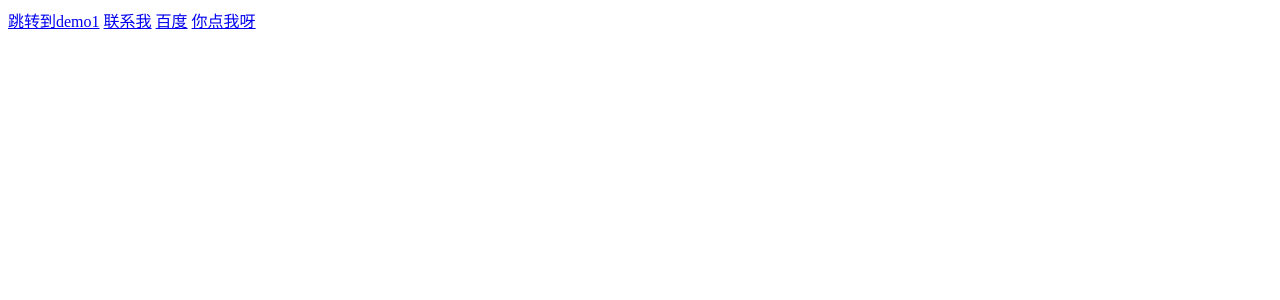
Repository: 1325718308/-
Page: js-demo/demo9.html
An editor plug-in stored every save of this project. The page is shown before and after the next save, followed by the edit.
The browser window is 1280 px wide. The pictures show the whole page.

Above is the page before, as saved 2019-05-10 11:38:16.

After the next save:
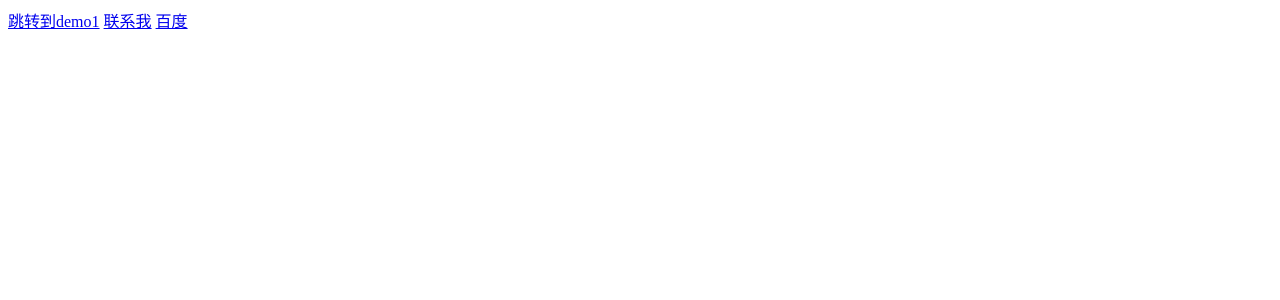
Saved 20 s later.
--- a/js-demo/demo9.html
+++ b/js-demo/demo9.html
@@ -14,6 +14,6 @@
     <!-- 3.超链接 -->
     <a href="http://www.baidu.com">百度</a>
     <!-- 4.协议限定符 -->
-    <a href="javascript:while(1){alert('让你手欠')}">你点我呀 </a>
+    <!-- <a href="javascript:while(1){alert('让你手欠')}">你点我呀 </a> -->
 </body>
 </html>
